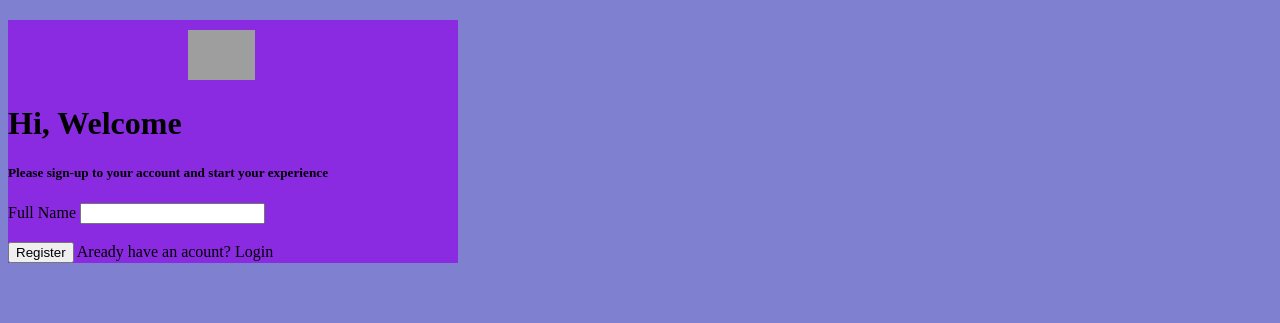
Repository: KingBoyMaylow/movie-task
Page: index.html
These files come from the project's save history. The page is drawn as it stood at one moment and after the next save; the edit follows.
The browser window is 1280 px wide. The pictures show the whole page.
Pictures or frames that could not be fetched are drawn as grey boxes.

Above is the page before, as saved 2024-05-20 08:23:42.

### index.html
<!DOCTYPE html>
<html>
<head>
    <link rel="stylesheet" href="html.css">
  <title>document</title>
</head>
<body>
    <div class="sign-up-div">
        <img src="download.png" alt="div">
        <h1>Hi, Welcome</h1>
  <h5>Please sign-up to your account and start your experience</h5>

  <form action="signup.php" method="post">
    <label for="Full Name">Full Name</label>
    <input type="text" id="Full Name" name="Full Name" required><br>

    <label
    <input type="email" id="Email1" name ="Email1" required><br>



    <input type="submit" value="Register">
  </form>
  <span>Aready have an acount?</span> <span>Login</span>
    </div>

</form>
</body>
</html>

### html.css
body{
    background-color:  rgb(128, 128, 209);
}
.sign-up-div{
    background-color: blueviolet;
    width: 450px;
    margin-top: 20px;
}
img{
    height: 50px;
    cursor: pointer;
    margin-left: 40%;
    margin-top: 10px;
}

After the next save:
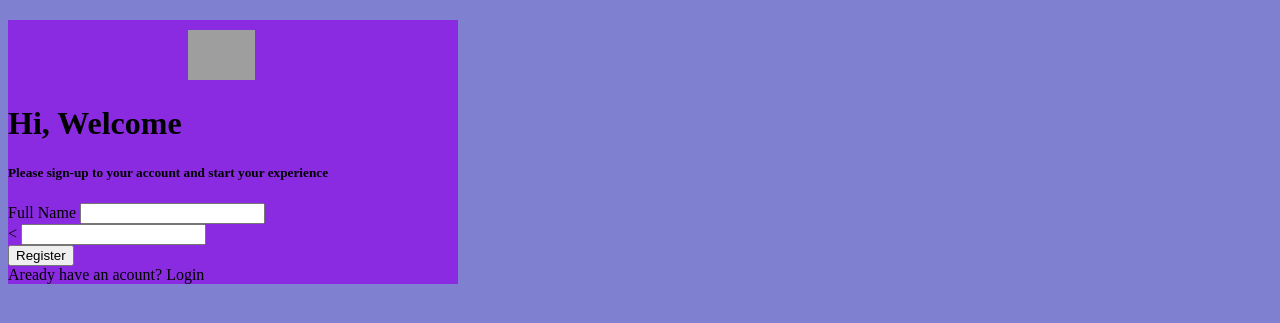
Saved 41 s later.
--- a/index.html
+++ b/index.html
@@ -14,7 +14,7 @@
     <label for="Full Name">Full Name</label>
     <input type="text" id="Full Name" name="Full Name" required><br>
 
-    <label
+    <<i class="mdi mdi-label:"></i>
     <input type="email" id="Email1" name ="Email1" required><br>
 
 
